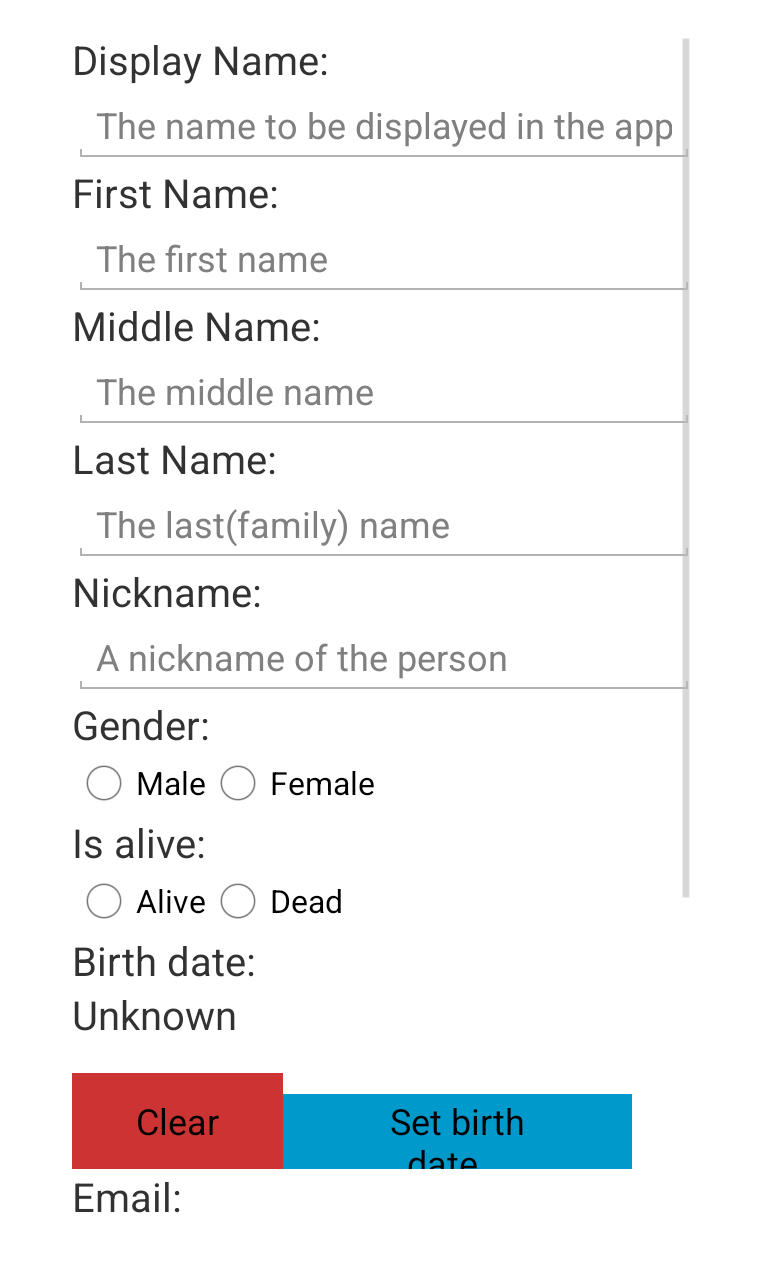
Repository: ivanbuhov/FamilyAndroidClient
Layout: Family/res/layout/activity_edit_person.xml
The author's editor kept a copy of each file at every save. The layout is drawn from the files as they stood at one save, then again after the next save.
It is drawn on a 768 x 1280 px phone screen (xhdpi) without system bars, with theme AppTheme; the app's code is not run.

Above is the layout before, as saved 2013-11-19 14:26:17.

After the next save:
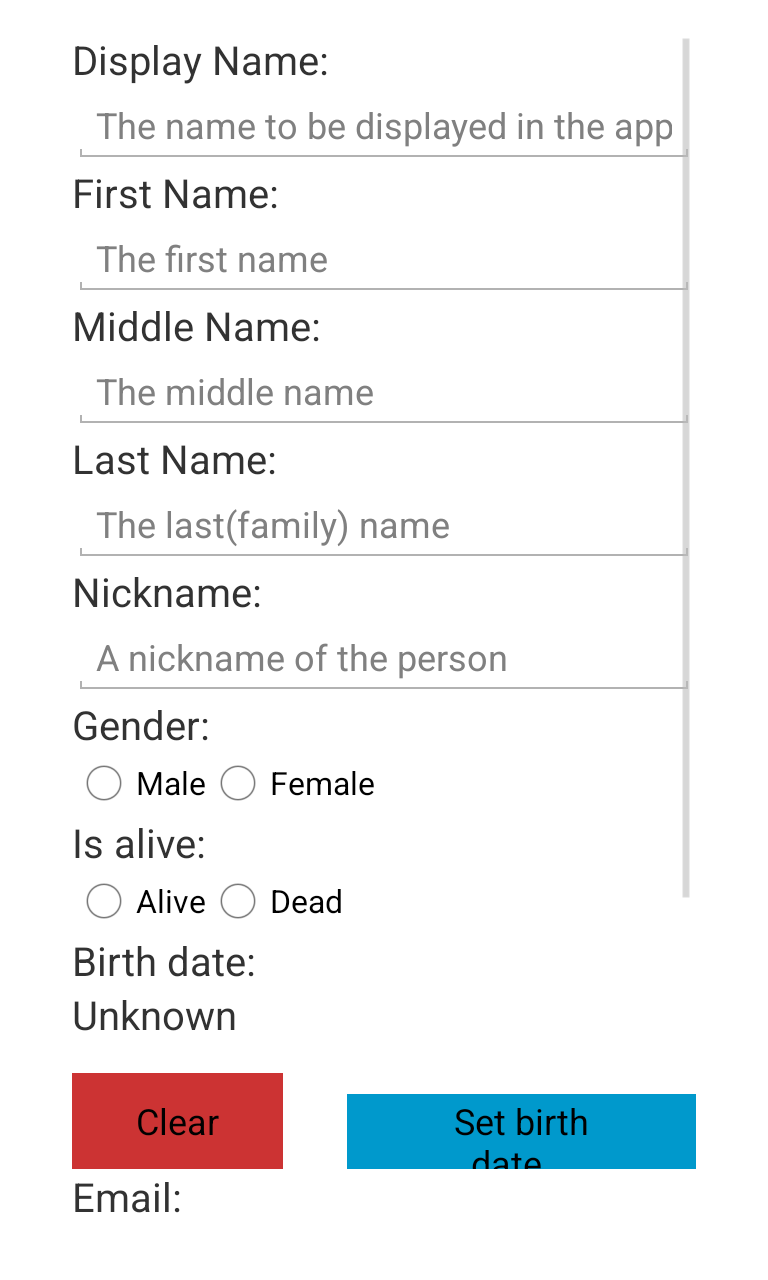
Saved 9 s later.
--- a/Family/res/layout/activity_edit_person.xml
+++ b/Family/res/layout/activity_edit_person.xml
@@ -180,6 +180,7 @@
 	                android:layout_marginTop="16dp"
 	                android:paddingLeft="32dp"
 	                android:paddingRight="32dp"
+	                android:layout_marginRight="32dp"
         			android:background="#ffCC3333"
 	                android:text="@string/clear" />
 
@@ -190,7 +191,6 @@
 	                android:layout_marginTop="16dp"
 	                android:paddingLeft="32dp"
 	                android:paddingRight="32dp"
-	                android:layout_marginRight="32dp"
         			android:background="#ff0099cc"
 	                android:text="@string/set_birth_date" />
 
